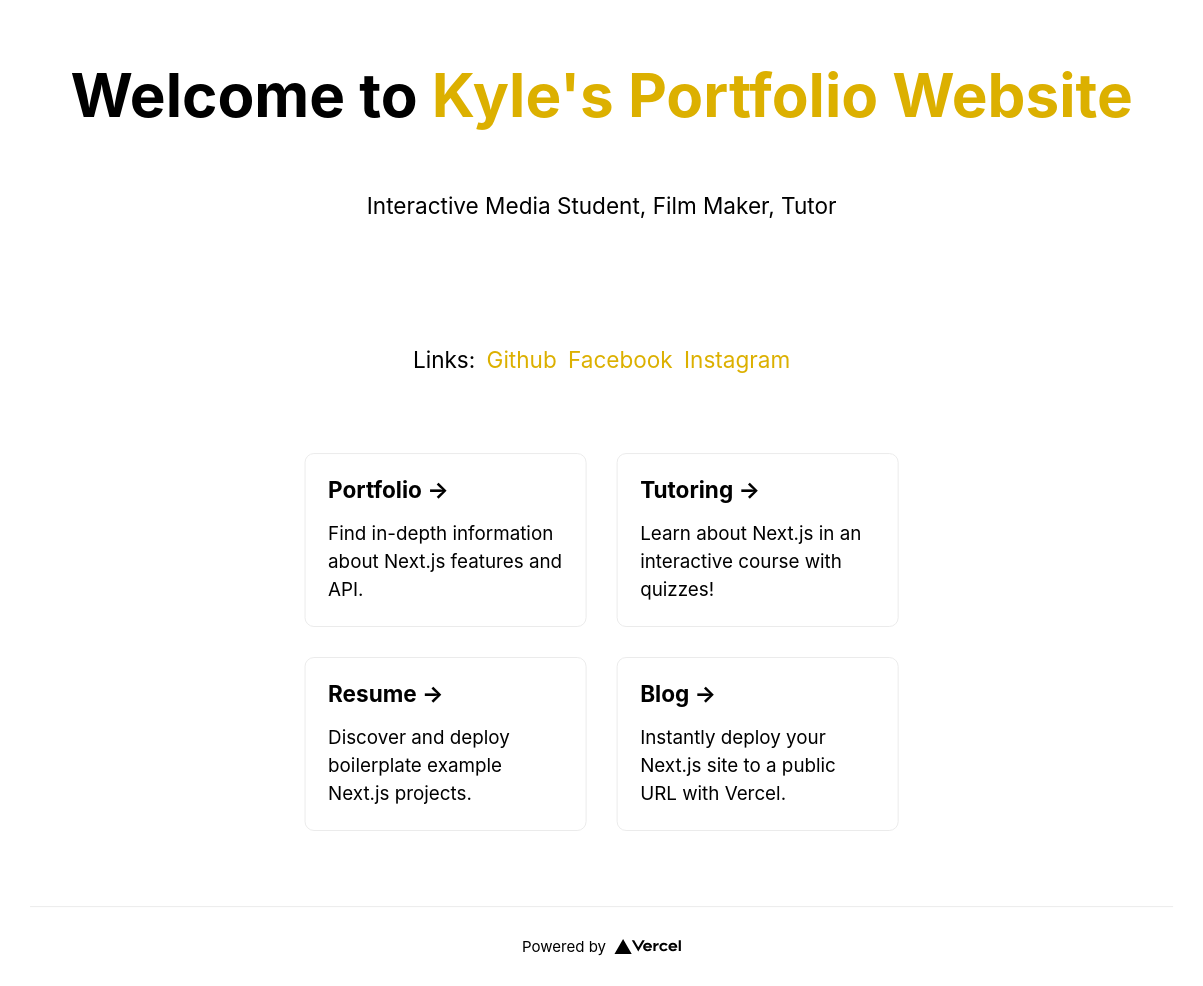
Repository: neomort/CL-portfolio-site
Page: /
The author's editor kept a copy of each file at every save. The page is drawn from the files as they stood at one save, then again after the next save.
The browser window is 1280 px wide. The pictures show the whole page, at 94% of full size.
The project was rebuilt for these pictures with package versions that can differ from the ones it lists, and the page was loaded fresh each time. The framework's server and built-in components were replaced by stand-ins that run in the browser. Also part of the build but not shown: next.config.js.

Above is the page before, as saved 2021-12-14 14:24:54.

After the next save:
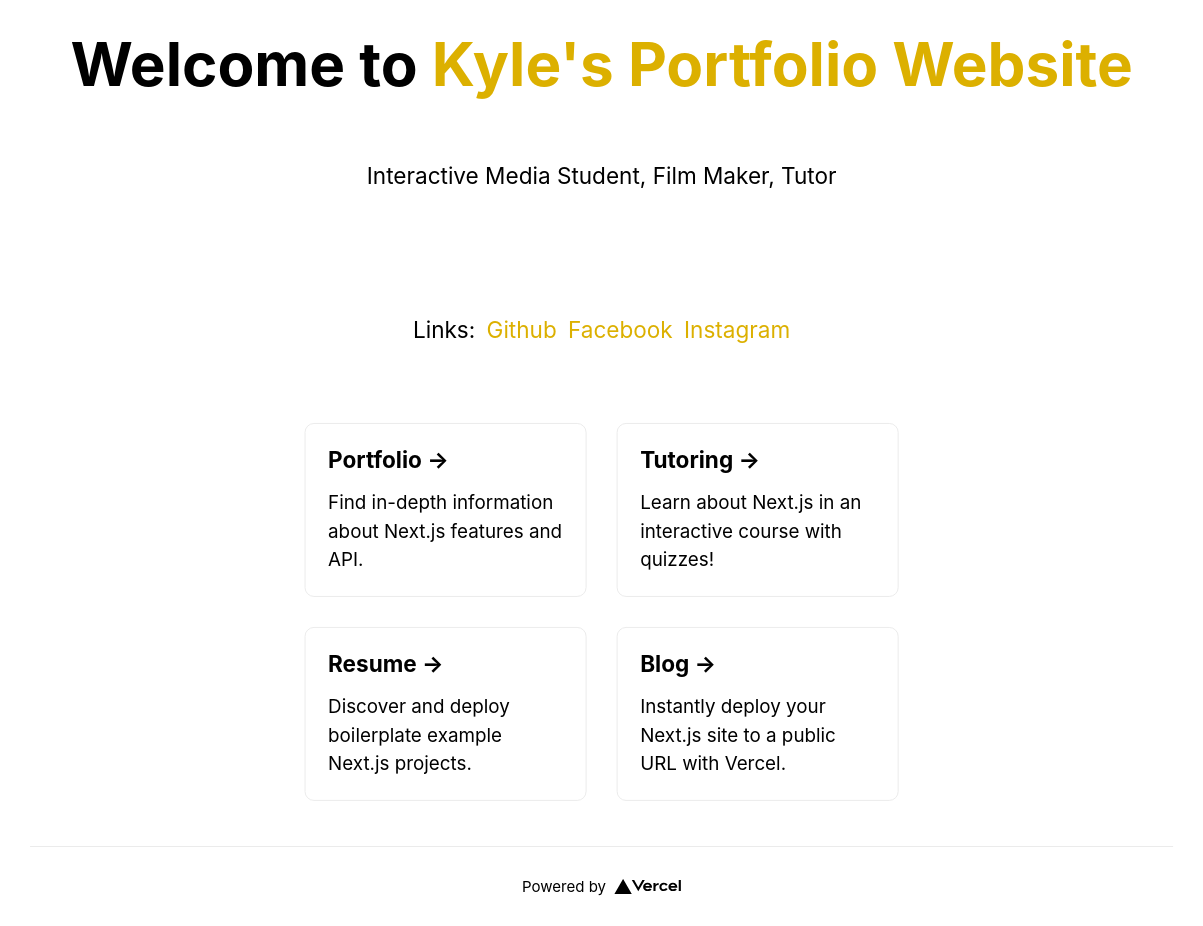
Saved 119 s later.
--- a/styles/Home.module.css
+++ b/styles/Home.module.css
@@ -4,7 +4,7 @@
 
 .main {
   min-height: 100vh;
-  padding: 4rem 0;
+  padding: 2rem 0;
   flex: 1;
   display: flex;
   flex-direction: column;
